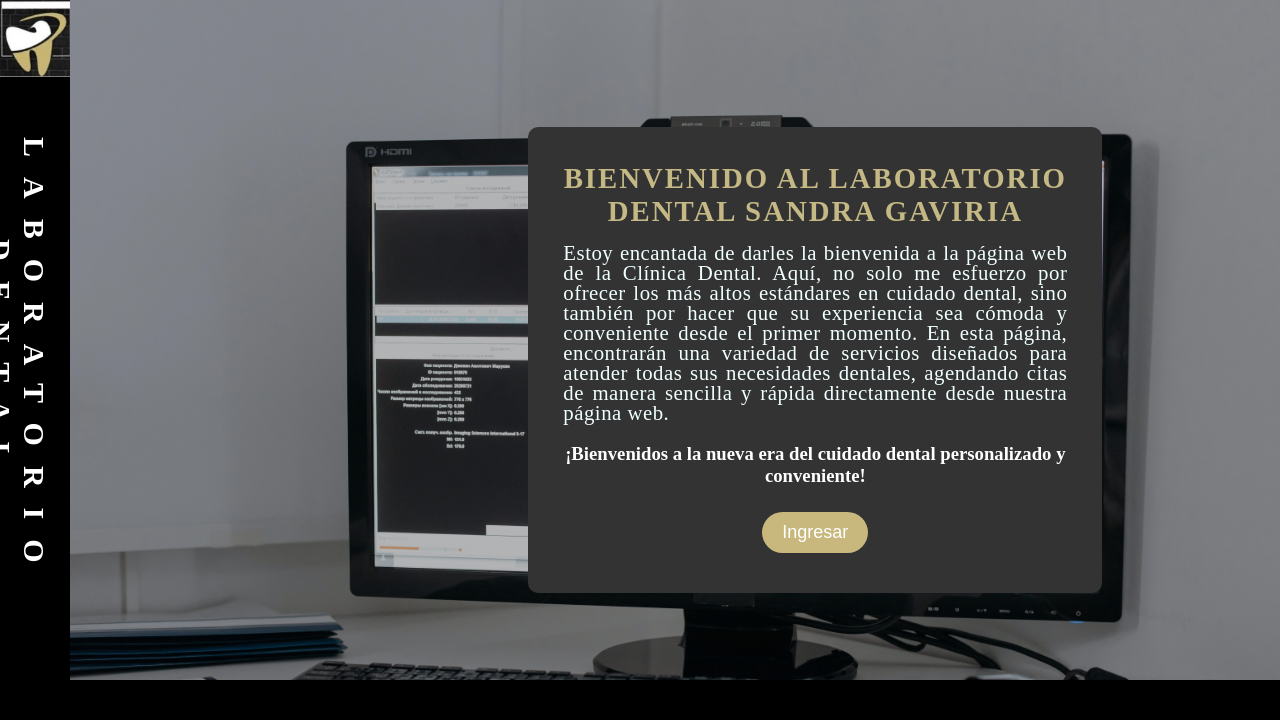
Repository: IIntef/ProyectoDental2.0
Page: Proyecto/Proyecto/Fer.html
The author's editor kept a copy of each file at every save. The page is drawn from the files as they stood at one save, then again after the next save.
The browser window is 1280 px wide. The pictures show the whole page.

Above is the page before, as saved 2024-06-18 17:34:22.

### Proyecto/Proyecto/Fer.html
<!DOCTYPE html>
<html lang="en">
<head>
    <meta charset="UTF-8">
    <meta name="viewport" content="width=device-width, initial-scale=1.0">
    <title>Inicio</title>
    <link rel="stylesheet" href="StyleFer.css">
</head>
<body>
    <header>
        <img src="Logo.jpeg" alt="Logo Laboratorio Dental">
        <h1>LABORATORIO DENTAL</h1>
    </header>
    <main>
        <div class="container">
        <h2>BIENVENIDO AL LABORATORIO DENTAL SANDRA GAVIRIA</h2>
        <P>Estoy encantada de darles la bienvenida a la página web de la Clínica Dental. Aquí, no solo me esfuerzo por ofrecer los más altos estándares
        en cuidado dental, sino también por hacer que su experiencia sea cómoda y conveniente desde el primer momento.
        En esta página, encontrarán una variedad de servicios diseñados para atender todas sus necesidades dentales, agendando citas de manera sencilla y rápida directamente desde nuestra página web. </P>
        <h3>¡Bienvenidos a la nueva era del cuidado dental personalizado y conveniente!</h3>
        <div class="buttons">
        <button id="Ingresar">Ingresar</button>
        </div>
    </div>
    <footer>
        <div class="contenedor1">
        <a href="https://www.facebook.com/usebas51" target="_blank"><i class="bi bi-facebook"></i></a>
        </div>
    </footer>
    </main>
</body>
</html>

### Proyecto/Proyecto/StyleFer.css
header{
    position: relative;
    background-color: #000000;
    width: fit-content;
    height: 100vh;
    display: flex;
    flex-direction: column;
    align-items: center;
    justify-content: space-between;
    z-index: 1;
}

header h1 {
        position: absolute;
        top: 0;
        bottom: 0;
        left: 0;
        right: 0;
        margin: 27%;
        writing-mode: vertical-rl;
        letter-spacing: 20px;
        font-size: 30px;
        transform: rotate(0deg);
        color: #fff;
        font-weight: bold;
    }


header img {
    width: 8vw;
    max-width: 70px;
}

main{
    width: 100%;
    justify-content:center;
    align-items: center;
    margin-left: calc(55% - 6.5cm);
}

.container{
    flex: 1;
    background-color: #333;
    color: #ffffff;
    padding: 35px;
    text-align: center;
    width: 70vw;
    max-width: 70vh;
    border-radius: 10px;
}
body {
    padding: 0;
    margin: 0;
    font-family: 'Times New Roman', Times, serif, Helvetica, Arial, sans-serif;
    display: flex;
    align-items: center;
    min-height: 100%;
    background: linear-gradient(rgba(5,7,12,0.3), rgba(5,7,12,0.3)), url("Fondo.jpg"), no-repeat center center fixed;
    width: 100%;
    background-size: cover;
}

h1{
    margin: 0;
    color: white;
    font-family: 'Fredoka One';
    letter-spacing: 2px;
    font-size: clamp(1.5rem, 2.5vw, 2rem);
    text-align: center;
}

h2{
    margin: 0;
    color: #c4b884;
    font-family: 'Fredoka One';
    letter-spacing: 2px;
    font-size: clamp(1.2rem, 2.5vw, 1.8rem);
    text-align:center;
}

h3{
    color: #ffffff;
}

p{
    font-weight: 100;
    line-height: 20px;
    letter-spacing: 0.5px;
    margin: 15px 0 20px;
    font-size: clamp(1.2rem, 2.5vw, 1.3rem);
    text-align: justify;
    color:azure;
}


.buttons {
    margin-top: 20px;
    align-items: center;
}

button {
    font-size: large;
    background-color: #c8b87d;
    color: #ffffff;
    border: none;
    padding: 10px 20px;
    margin: 5px;
    cursor: pointer;
    border-radius: 30px; /* Bordes redondos */
    transition: background-color 0.3s; /* Transición suave del color de fondo */
}

button:hover {
    background-color: #c4b884; /* Cambia el color al pasar el cursor */
}

footer{
    position: fixed; /* Fijar el pie de página */
    bottom: 0; /* Alinearlo al fondo */
    left: 0; /* Alinearlo a la izquierda */
    width: 100%; /* Ocupar todo el ancho */
    background-color: #000000; /* Color de fondo */
    padding: 10px; /* Espaciado interior */
    text-align: right; /* Alinear contenido a la derecha */
    color: #ffffff; /* Color del texto */
}
h6{
    text-align: center;
    letter-spacing: 0cap;
}

.contenedor1 {
    background-color: black;
    padding: 10px 0;
}
.contenedor1 {
    bottom: 20px;
    left: 0;
    width: 100%;
    text-align: center;
    z-index: 999;

}

After the next save:
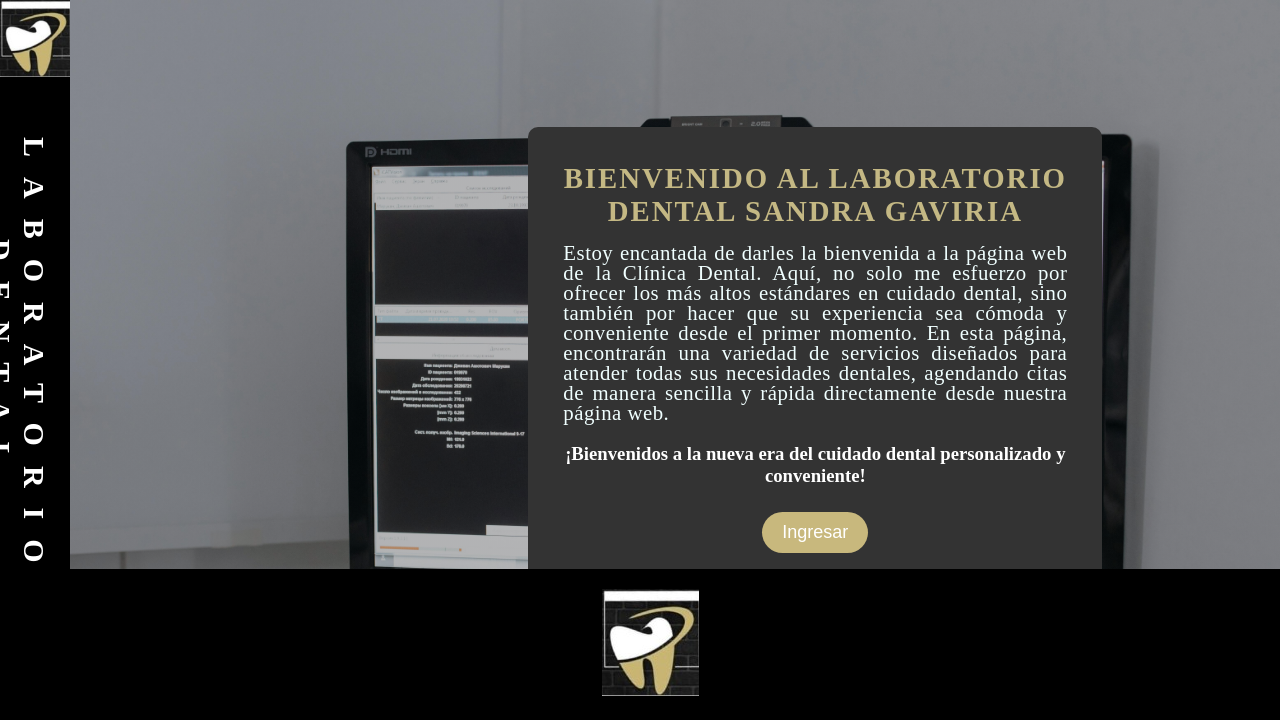
Saved 19 h 51 min later.
--- a/Proyecto/Proyecto/Fer.html
+++ b/Proyecto/Proyecto/Fer.html
@@ -24,7 +24,7 @@
     </div>
     <footer>
         <div class="contenedor1">
-        <a href="https://www.facebook.com/usebas51" target="_blank"><i class="bi bi-facebook"></i></a>
+        <img src="Logo.jpeg" alt="Logo Laboratorio Dental">
         </div>
     </footer>
     </main>
